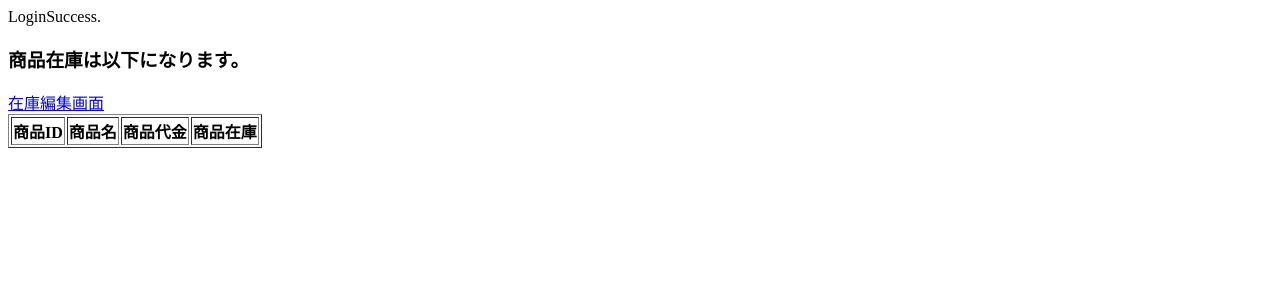
Repository: sachiyuki/java
Page: http://localhost/AdminLogin/adminpage.jsp
The author's editor kept a copy of each file at every save. The page is drawn from the files as they stood at one save, then again after the next save.
The browser window is 1280 px wide. The pictures show the whole page.
The page is served by Tomcat 9.

Above is the page before, as saved 2018-03-05 07:34:22.

After the next save:
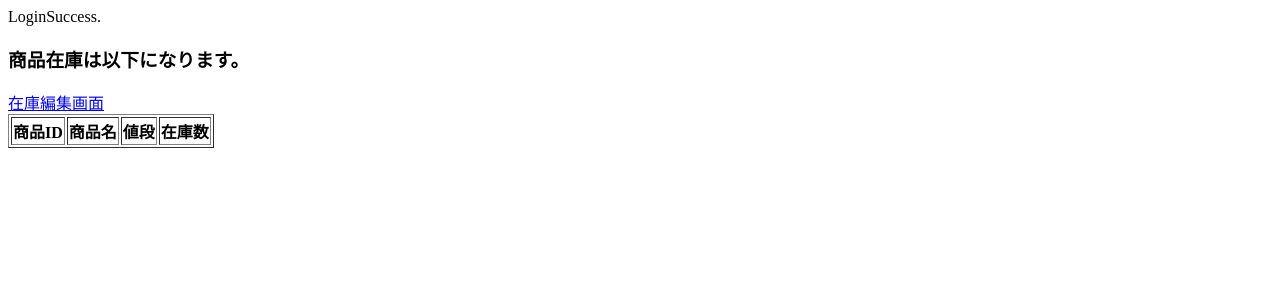
Saved 4 min 13 s later.
--- a/AdminLogin/WebContent/adminpage.jsp
+++ b/AdminLogin/WebContent/adminpage.jsp
@@ -21,8 +21,8 @@ LoginSuccess.
 <tr>
 	<th>商品ID</th>
 	<th>商品名</th>
-	<th>商品代金</th>
-	<th>商品在庫</th>
+	<th>値段</th>
+	<th>在庫数</th>
 </tr>
 <s:iterator value="itemList">
 <tr>
